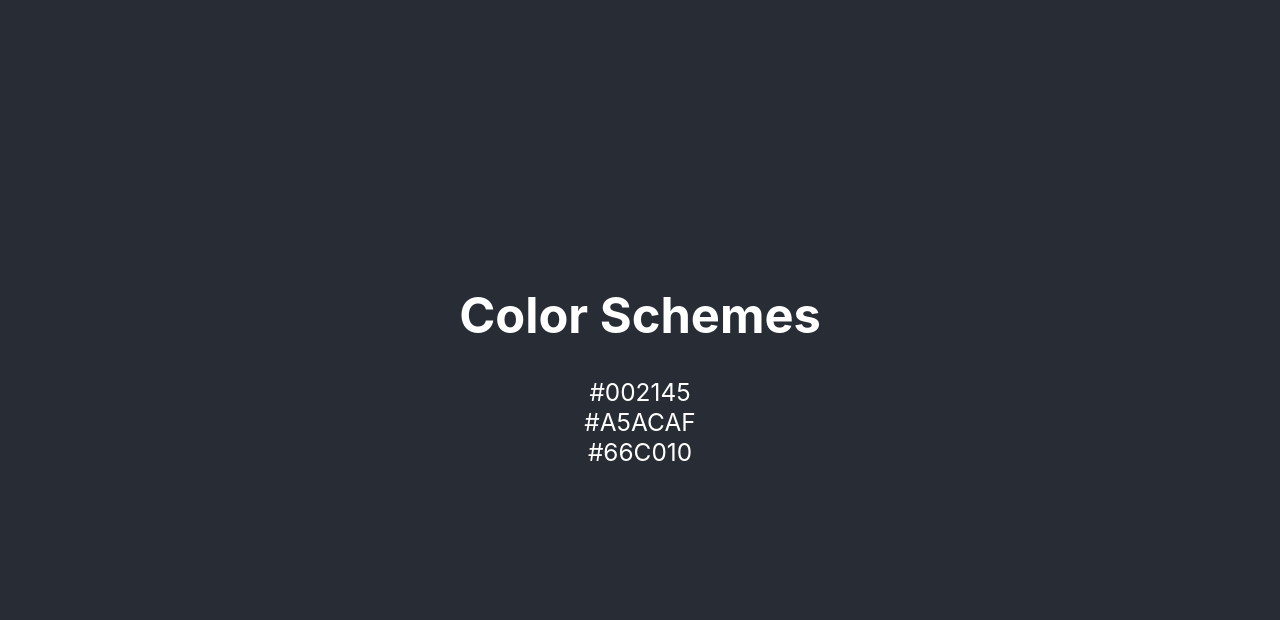
Repository: MikeTroianello/troianello.co
Page: /
These files come from the project's save history. The page is drawn as it stood at one moment and after the next save; the edit follows.
The browser window is 1280 px wide. The pictures show the whole page.
The project was rebuilt for these pictures with package versions that can differ from the ones it lists, and the page was loaded fresh each time.

Above is the page before, as saved 2019-06-24 15:27:51.

### src/App.js
import React from 'react';

import './App.css';

function App() {
  return (
    <div className='App'>
      <header className='App-header'>
        <h1>Color Schemes</h1>
        <div className='seahawks'>
          <div className='s-blue'>#002145</div>
          <div className='s-gray'>#A5ACAF</div>
          <div className='s-green'>#66C010</div>
        </div>
      </header>
    </div>
  );
}

export default App;

Loaded but not shown: public/index.html (common file); src/index.js (common file); src/index.css (common file); src/serviceWorker.js (common file); src/App.css (common file)

After the next save:
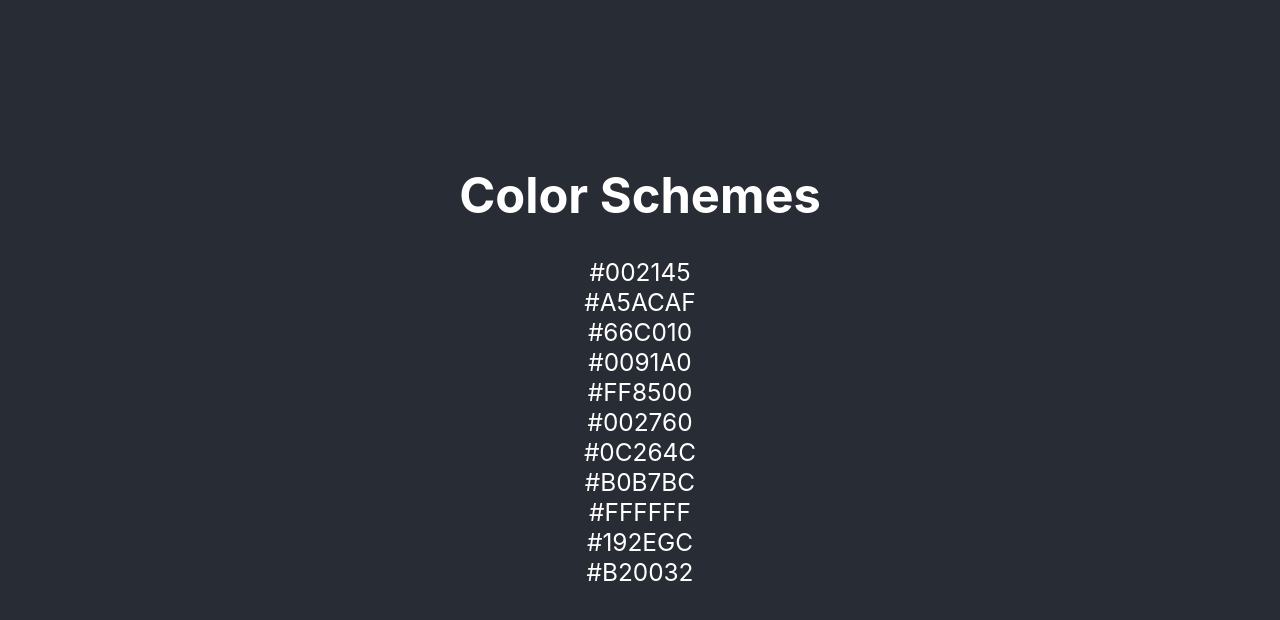
Saved 4 min 18 s later.
--- a/src/App.js
+++ b/src/App.js
@@ -12,6 +12,20 @@
           <div className='s-gray'>#A5ACAF</div>
           <div className='s-green'>#66C010</div>
         </div>
+        <div className='dolphins'>
+          <div className='d-aqua'>#0091A0</div>
+          <div className='s-orange'>#FF8500</div>
+          <div className='s-dark-blue'>#002760</div>
+        </div>
+        <div className='cowboys'>
+          <div className='c-blue'>#0C264C</div>
+          <div className='c-gray'>#B0B7BC</div>
+          <div className='c-white'>#FFFFFF</div>
+        </div>
+        <div className='giants'>
+          <div className='g-blue'>#192EGC</div>
+          <div className='g-red'>#B20032</div>
+        </div>
       </header>
     </div>
   );
